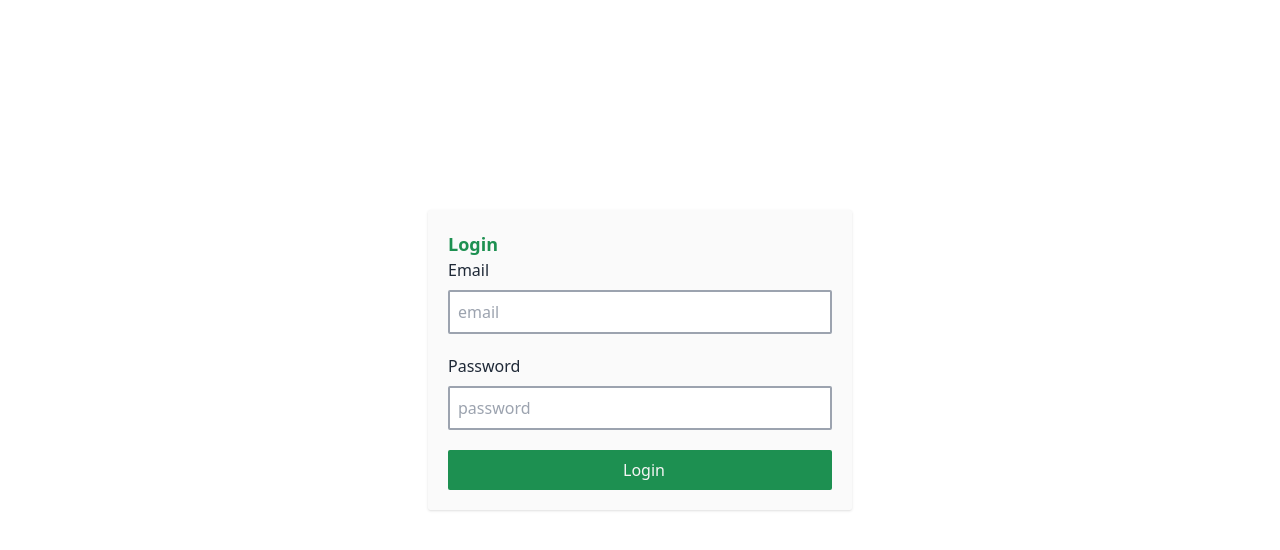
Repository: Sanaa00/Green-Exchange-AdminPanel
Page: /
The author's editor kept a copy of each file at every save. The page is drawn from the files as they stood at one save, then again after the next save.
The browser window is 1280 px wide. The pictures show the whole page.
The project was rebuilt for these pictures with package versions that can differ from the ones it lists, and the page was loaded fresh each time. Also part of the build but not shown: vite.config.js, src/Component/Pagination.jsx, src/Pages/HideProducts.jsx, src/features/products.jsx, src/Component/Loading.jsx, src/Pages/Products.jsx, src/Component/Logo.jsx, src/Component/Sidbar.jsx and 8 more.

Above is the page before, as saved 2024-01-29 20:59:23.

### src/main.jsx
import React from 'react';
import ReactDOM from 'react-dom/client';
import App from './App.jsx';
import './index.css';
import { BrowserRouter } from 'react-router-dom';
import { Provider } from 'react-redux';
import store from './store.jsx';

ReactDOM.createRoot(document.getElementById('root')).render(
  <React.StrictMode>
    <BrowserRouter>
      <Provider store={store}>
        <App />
      </Provider>
    </BrowserRouter>
  </React.StrictMode>,
);

### src/App.jsx
import { Route, Routes } from 'react-router-dom';
import './App.css';
import HideProducts from './Pages/HideProducts';
import Products from './Pages/Products';
import Sidbar from './Component/Sidbar';
import Dashboard from './Pages/Dashboard';
import Setting from './Pages/Setting';
import Login from './Pages/Login';

function App() {
  return (
    <>
      <Routes>
        <Route path="/sidbar" element={<Sidbar />}>
          <Route path="sidbar" element={<Dashboard />} />
          <Route path="products" element={<Products />} />
          <Route path="setting" element={<Setting />} />
          <Route path="hide" element={<HideProducts />} />
        </Route>
        <Route path="/" element={<Login />} />
      </Routes>
    </>
  );
}

export default App;

### src/store.jsx
import { configureStore } from '@reduxjs/toolkit';
import { apiSlice } from './features/api';
export const store = configureStore({
  reducer: {
    [apiSlice.reducerPath]: apiSlice.reducer,
  },
  middleware: (getDefaultMiddleware) =>
    getDefaultMiddleware().concat(apiSlice.middleware),
});
export default store;

### src/Pages/Login.jsx
import { useEffect, useState } from 'react';
import PrimaryButton from '../Component/PrimaryButton';
import { useLoginMutation } from '../features/auth';
import { Navigate } from 'react-router-dom';

function Login() {
  const [login, { data, isError, isLoading, isSuccess }] = useLoginMutation();
  // console.log(data?.data?.data?.data);
  const [formData, setFormData] = useState({
    email: '',
    password: '',
  });
  console.log('login', data?.data, isError, isLoading, isSuccess);
  const handleInput = (e) => {
    setFormData({ ...formData, [e.target.name]: e.target.value });
  };
  const handleFormData = () => {
    console.log(formData);
    login(formData);
    //add to route
  };

  // useEffect(() => {
  //   localStorage.setItem('admin', data?.data?.data);
  // }, [data]);
  useEffect(() => {
    if (!isError && !isLoading && data && data?.status == 'success') {
      //  data?.status == 'success'
      //  ?
      JSON.stringify(localStorage.setItem('admin', JSON.stringify(data?.data)));
      //  : setThereUser('user not found');
    }
  }, [data, isError, isLoading]);
  if (data?.status == 'success' && data?.data?.token)
    return <Navigate to="/sidbar" replace />;

  return (
    <div className="flex flex-col text-gray-800 items-center justify-center h-screen ">
      <div className="bg-neutral-50 p-5 rounded-sm shadow">
        <p className="font-semibold text-lg text-green">Login</p>
        <div className=" flex flex-col ">
          <label htmlFor="Username">Email</label>
          <input
            id="email"
            value={formData.email}
            onChange={(e) => handleInput(e)}
            required={true}
            name="email"
            className="mt-2 w-96 focus:outline-none border-2 py-2 rounded-sm p-2 hover:duration-300 duration-300 border-gray-400 hover:border-gray-500 focus:border-green"
            placeholder="email"
          />
        </div>{' '}
        <div className="mt-5 flex flex-col">
          <label htmlFor="Password">Password</label>
          <input
            id="password"
            value={formData.password}
            onChange={(e) => handleInput(e)}
            required={true}
            name="password"
            className="mt-2 w-96 focus:outline-none border-2 py-2 rounded-sm p-2 hover:duration-300 duration-300 border-gray-400 hover:border-gray-500 focus:border-green "
            placeholder="password"
          />
        </div>{' '}
        <div className="mt-5">
          <PrimaryButton
            text="Login"
            color={'green'}
            widthbutton={'24rem'}
            textColor="neutral-100"
            align={'center'}
            onClick={() => handleFormData()}
          />
        </div>
      </div>
    </div>
  );
}

export default Login;

### src/features/api.jsx
import { createApi, fetchBaseQuery } from '@reduxjs/toolkit/query/react';

export const apiSlice = createApi({
  reducerPath: 'api',
  baseQuery: fetchBaseQuery({
    baseUrl: import.meta.env.VITE_BACK_END,
    //     tagTypes: ['userData', 'products', 'profile'],
    prepareHeaders: (headers) => {
      const data = JSON.parse(localStorage.getItem('userData'));
      const token = data?.token;
      if (token) {
        headers.set('Authorization', `Bearer ${token}`);
      }

      return headers;
    },
  }),
  endpoints: () => ({}),
});

### utility.jsx
import { BiSolidDashboard } from 'react-icons/bi';
import { TbShoe } from 'react-icons/tb';
import { TbShoeOff } from 'react-icons/tb';
import { IoSettingsSharp } from 'react-icons/io5';
import { FaRegUser } from 'react-icons/fa6';
import { TbProgress } from 'react-icons/tb';
import { FiActivity } from 'react-icons/fi';
export const sidbarItem = [
  {
    id: 1,
    name: 'Dashboard',
    url: 'sidbar',
    icon: <BiSolidDashboard className="w-6 h-6" />,
  },
  {
    id: 2,
    name: 'Products',
    url: 'products',
    icon: <TbShoe className="w-6 h-6" />,
  },
  {
    id: 3,
    name: 'Hide Products',
    url: 'hide',
    icon: <TbShoeOff className="w-6 h-6" />,
  },
  {
    id: 4,
    name: 'Setting',
    url: 'setting',
    icon: <IoSettingsSharp className="w-6 h-6" />,
  },
];
export const products = [
  {
    id: 1,
    name: 'product 1',
    url: 'https://images.unsplash.com/photo-1560769629-975ec94e6a86?q=80&w=1964&auto=format&fit=crop&ixlib=rb-4.0.3&ixid=M3wxMjA3fDB8MHxwaG90by1wYWdlfHx8fGVufDB8fHx8fA%3D%3D',
  },
  {
    id: 2,
    name: 'product 2',
    url: 'https://images.unsplash.com/photo-1560769629-975ec94e6a86?q=80&w=1964&auto=format&fit=crop&ixlib=rb-4.0.3&ixid=M3wxMjA3fDB8MHxwaG90by1wYWdlfHx8fGVufDB8fHx8fA%3D%3D',
  },
  {
    id: 3,
    name: 'product 3',
    url: 'https://images.unsplash.com/photo-1560769629-975ec94e6a86?q=80&w=1964&auto=format&fit=crop&ixlib=rb-4.0.3&ixid=M3wxMjA3fDB8MHxwaG90by1wYWdlfHx8fGVufDB8fHx8fA%3D%3D',
  },
  {
    id: 4,
    name: 'product 4',
    url: 'https://images.unsplash.com/photo-1560769629-975ec94e6a86?q=80&w=1964&auto=format&fit=crop&ixlib=rb-4.0.3&ixid=M3wxMjA3fDB8MHxwaG90by1wYWdlfHx8fGVufDB8fHx8fA%3D%3D',
  },
  {
    id: 5,
    name: 'product 5',
    url: 'https://images.unsplash.com/photo-1560769629-975ec94e6a86?q=80&w=1964&auto=format&fit=crop&ixlib=rb-4.0.3&ixid=M3wxMjA3fDB8MHxwaG90by1wYWdlfHx8fGVufDB8fHx8fA%3D%3D',
  },
  {
    id: 6,
    name: 'product 6',
    url: 'https://images.unsplash.com/photo-1560769629-975ec94e6a86?q=80&w=1964&auto=format&fit=crop&ixlib=rb-4.0.3&ixid=M3wxMjA3fDB8MHxwaG90by1wYWdlfHx8fGVufDB8fHx8fA%3D%3D',
  },
];

export const UnHideProducts = [
  {
    id: 1,
    name: 'product 1',
    url: 'https://images.unsplash.com/photo-1560769629-975ec94e6a86?q=80&w=1964&auto=format&fit=crop&ixlib=rb-4.0.3&ixid=M3wxMjA3fDB8MHxwaG90by1wYWdlfHx8fGVufDB8fHx8fA%3D%3D',
  },
  {
    id: 2,
    name: 'product 2',
    url: 'https://images.unsplash.com/photo-1560769629-975ec94e6a86?q=80&w=1964&auto=format&fit=crop&ixlib=rb-4.0.3&ixid=M3wxMjA3fDB8MHxwaG90by1wYWdlfHx8fGVufDB8fHx8fA%3D%3D',
  },
  {
    id: 3,
    name: 'product 3',
    url: 'https://images.unsplash.com/photo-1560769629-975ec94e6a86?q=80&w=1964&auto=format&fit=crop&ixlib=rb-4.0.3&ixid=M3wxMjA3fDB8MHxwaG90by1wYWdlfHx8fGVufDB8fHx8fA%3D%3D',
  },
  {
    id: 4,
    name: 'product 4',
    url: 'https://images.unsplash.com/photo-1560769629-975ec94e6a86?q=80&w=1964&auto=format&fit=crop&ixlib=rb-4.0.3&ixid=M3wxMjA3fDB8MHxwaG90by1wYWdlfHx8fGVufDB8fHx8fA%3D%3D',
  },
  {
    id: 5,
    name: 'product 5',
    url: 'https://images.unsplash.com/photo-1560769629-975ec94e6a86?q=80&w=1964&auto=format&fit=crop&ixlib=rb-4.0.3&ixid=M3wxMjA3fDB8MHxwaG90by1wYWdlfHx8fGVufDB8fHx8fA%3D%3D',
  },
  {
    id: 6,
    name: 'product 6',
    url: 'https://images.unsplash.com/photo-1560769629-975ec94e6a86?q=80&w=1964&auto=format&fit=crop&ixlib=rb-4.0.3&ixid=M3wxMjA3fDB8MHxwaG90by1wYWdlfHx8fGVufDB8fHx8fA%3D%3D',
  },
];

export const total = [
  {
    id: 1,
    name: 'total user',
    icon: <FaRegUser />,
    number: 20,
  },
  {
    id: 2,
    name: 'total Activity',
    icon: <FiActivity />,
    number: 20,
  },
  {
    id: 3,
    name: 'total Product',
    icon: <TbShoe className="w-10 h-10" />,
    number: 20,
  },
  {
    id: 4,
    name: 'total order',
    icon: <TbProgress />,
    number: 20,
  },
];

### src/Component/PrimaryButton.jsx
/* eslint-disable react/prop-types */
// eslint-disable-next-line react/prop-types
function PrimaryButton({
  widthbutton,
  text,
  icon,
  color,
  textColor,
  align,
  onClick,
}) {
  return (
    <button
      onClick={onClick}
      //  onclick={onclick}
      style={{ width: widthbutton }}
      className={`rounded-sm py-1 text-neutral0 flex items-center bg-${color} text-${textColor} py-2 text-${align}`}
    >
      {icon}
      <span className="ml-2 w-full">{text}</span>
    </button>
  );
}

export default PrimaryButton;

### src/features/auth.jsx
import { apiSlice } from './api';

const authApi = apiSlice.injectEndpoints({
  endpoints: (builder) => ({
    signup: builder.mutation({
      query: (body) => ({
        url: 'api/user/signupauth/',
        method: 'POST',
        body: body,
      }),
    }),

    login: builder.mutation({
      query: (body) => ({
        url: 'api/user/admin',
        method: 'POST',
        body: body,
      }),
      invalidatesTags: ['userData'],
    }),
  }),
});

export const { useSignupMutation, useLoginMutation } = authApi;

### tailwind.config.js
/** @type {import('tailwindcss').Config} */
export default {
  content: ['./index.html', './src/**/*.{js,ts,jsx,tsx}'],
  theme: {
    extend: {
      fontFamily: {
        english: 'english',
        kurdish: 'kurdish',
        ubuntu: 'ubuntu',
      },
      colors: {
        green: '#1d9051',
        jade: {
          50: '#ebfef6',
          100: '#d0fbe6',
          200: '#a4f6d2',
          300: '#6aebbc',
          400: '#2fd89f',
          500: '#0abf88',
          600: '#00aa7a',
          700: '#007c5c',
          800: '#03624a',
          900: '#04503e',
          950: '#012d24',
        },
      },
    },
  },
  plugins: [],
};

// TODO:
// 1 - loading
// 2 - checky lengthy productakan bkamwa agar 0 bu illustration dabnem
// 3 - pagination tawaw kam katek data habu
// 4-

Loaded but not shown: index.html (common file); src/index.css (common file); src/App.css (common file)

After the next save:
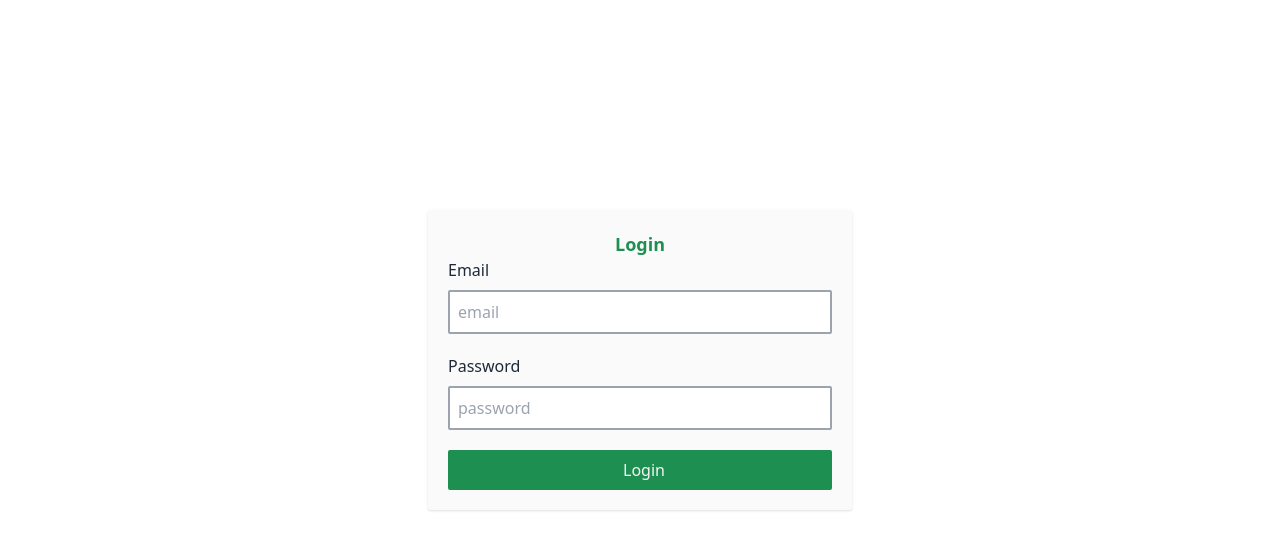
Saved 17 s later.
--- a/src/Pages/Login.jsx
+++ b/src/Pages/Login.jsx
@@ -37,7 +37,9 @@ function Login() {
   return (
     <div className="flex flex-col text-gray-800 items-center justify-center h-screen ">
       <div className="bg-neutral-50 p-5 rounded-sm shadow">
-        <p className="font-semibold text-lg text-green">Login</p>
+        <p className="font-semibold text-lg text-green w-full text-center">
+          Login
+        </p>
         <div className=" flex flex-col ">
           <label htmlFor="Username">Email</label>
           <input
